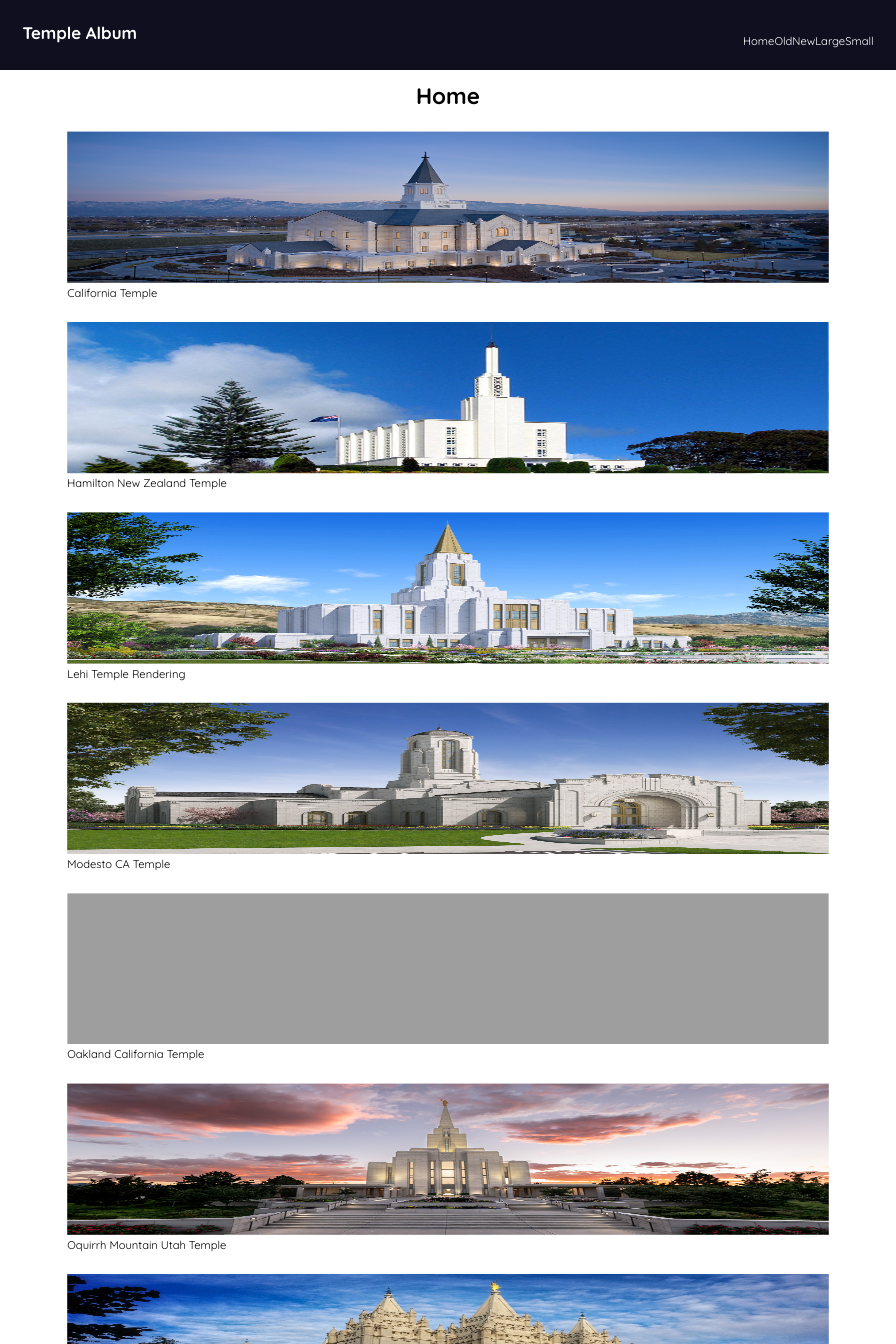
Repository: EguJaredoBoyd/wdd131
Page: temples.html
The author's editor kept a copy of each file at every save. The page is drawn from the files as they stood at one save, then again after the next save.
The browser window is 1280 px wide. The pictures show the part of the page from y = 0 to 1920 px (the page is 2672 px tall before and 2688 px after), at 70% of full size.
Pictures or frames that could not be fetched are drawn as grey boxes. Some web libraries are served in a nearby version.

Above is the page before, as saved 2025-05-14 21:47:20.

After the next save:
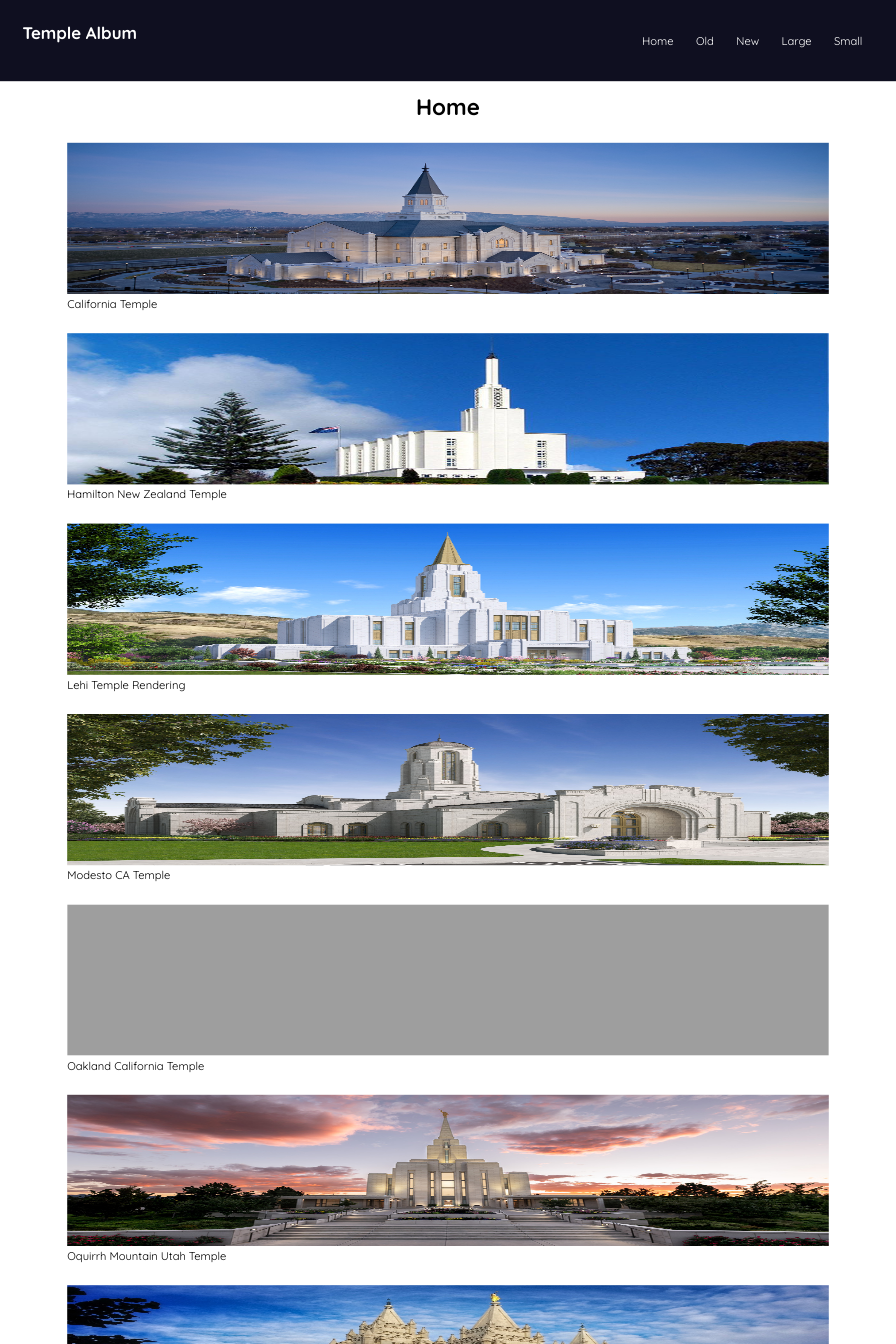
Saved 4 min 51 s later.
--- a/styles/temples-large.css
+++ b/styles/temples-large.css
@@ -3,8 +3,11 @@
     .menu{
         display: flex;
         flex-direction: row;
-        justify-content: space-evenly;
 
+
+    }
+    .menu li{
+        margin: 1rem;
     }
 
     #menu{
